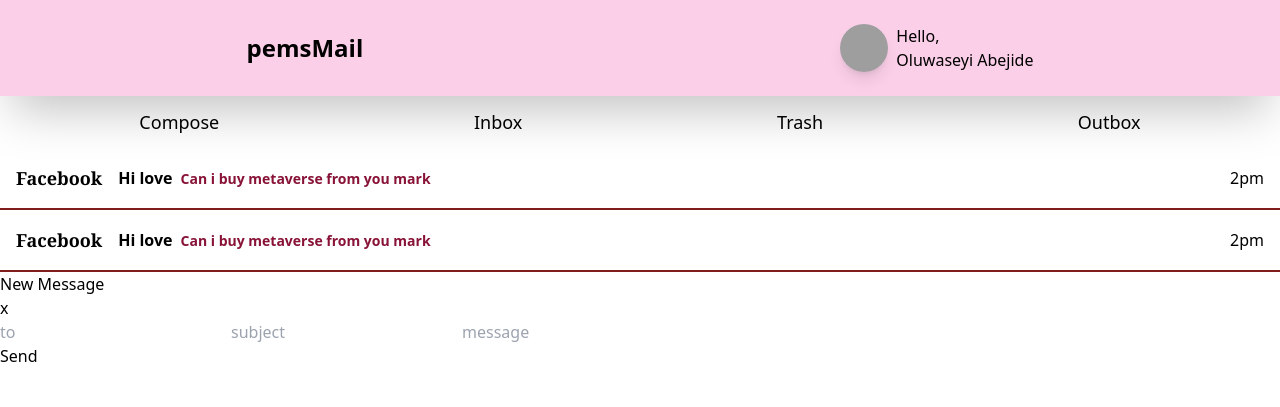
Repository: Semanmernstack/mailclone
Page: /
An editor plug-in stored every save of this project. The page is shown before and after the next save, followed by the edit.
The browser window is 1280 px wide. The pictures show the whole page.
Pictures or frames that could not be fetched are drawn as grey boxes. The project was rebuilt for these pictures with package versions that can differ from the ones it lists, and the page was loaded fresh each time. Also part of the build but not shown: src/features/counter/Counter.module.css, src/features/counter/Counter.js, src/Mail.js.

Above is the page before, as saved 2023-01-16 03:44:52.

After the next save:
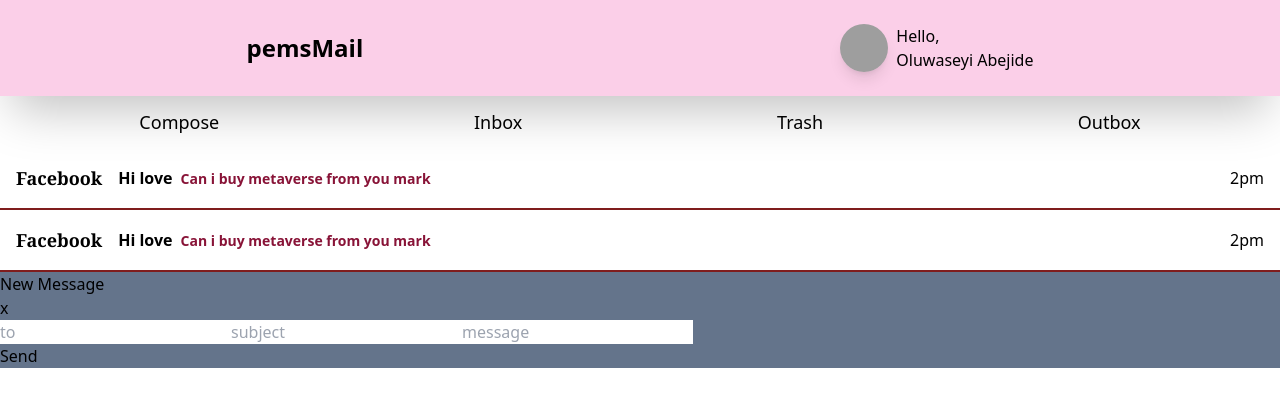
Saved 8 s later.
--- a/src/SendMail.js
+++ b/src/SendMail.js
@@ -5,7 +5,7 @@ function SendMail() {
     const { register, handleSubmit, formState: { errors } } = useForm();
     const onSubmit = (formData) => {}
   return (
-    <div className=" flex flex-col width-[360px]">
+    <div className=" flex flex-col width-[360px] bg-slate-500">
             <div className="">
                 <h3>New Message</h3>
                 <button   >x</button>
